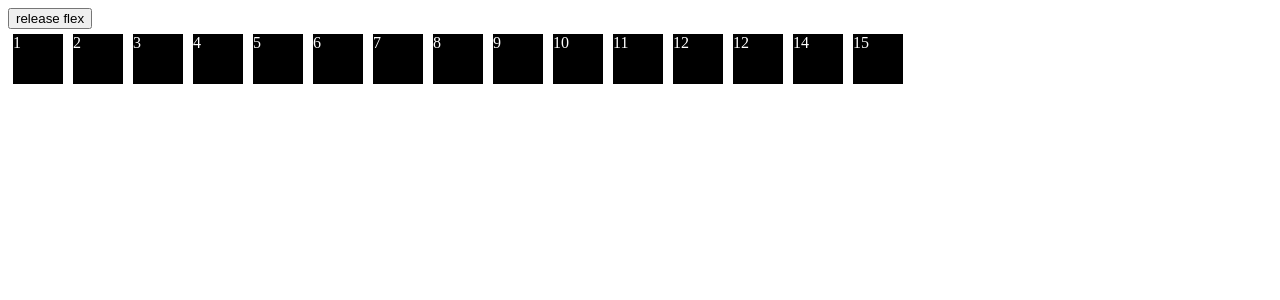
Repository: eeoooo/MINI-PROJECTS-HTML-CSS
Page: practiceCSSFlex/index.html
An editor plug-in stored every save of this project. The page is shown before and after the next save, followed by the edit.
The browser window is 1280 px wide. The pictures show the whole page.
After loading, the first visible `button.flex` was clicked once.

Above is the page before, as saved 2022-07-30 15:38:03.

After the next save:
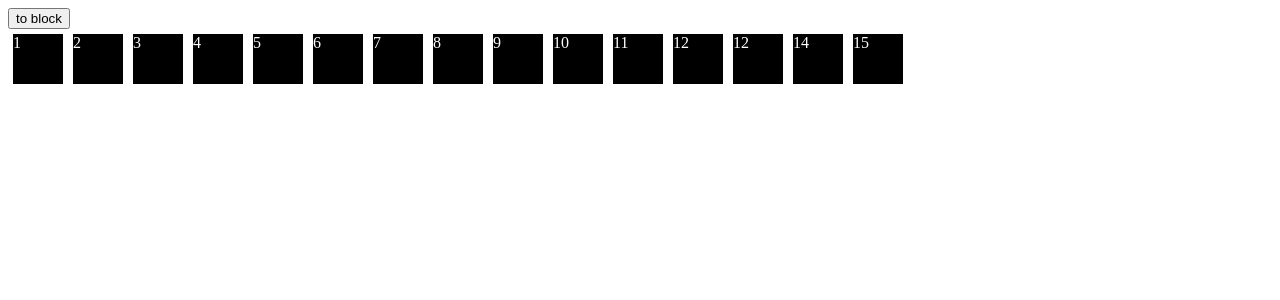
Saved 15 s later.
--- a/practiceCSSFlex/main.js
+++ b/practiceCSSFlex/main.js
@@ -5,9 +5,9 @@ buttonFlex.addEventListener('click',event=>{
     console.dir(container.style);
     if( container.style.display == 'flex'){
         container.style.display = '';
-        buttonFlex.textContent = 'flex';
+        buttonFlex.textContent = ' to flex';
     } else if (container.style.display == ''){
     container.style.display = 'flex';
-    buttonFlex.textContent = 'release flex';
+    buttonFlex.textContent = 'to block';
     }
 })
